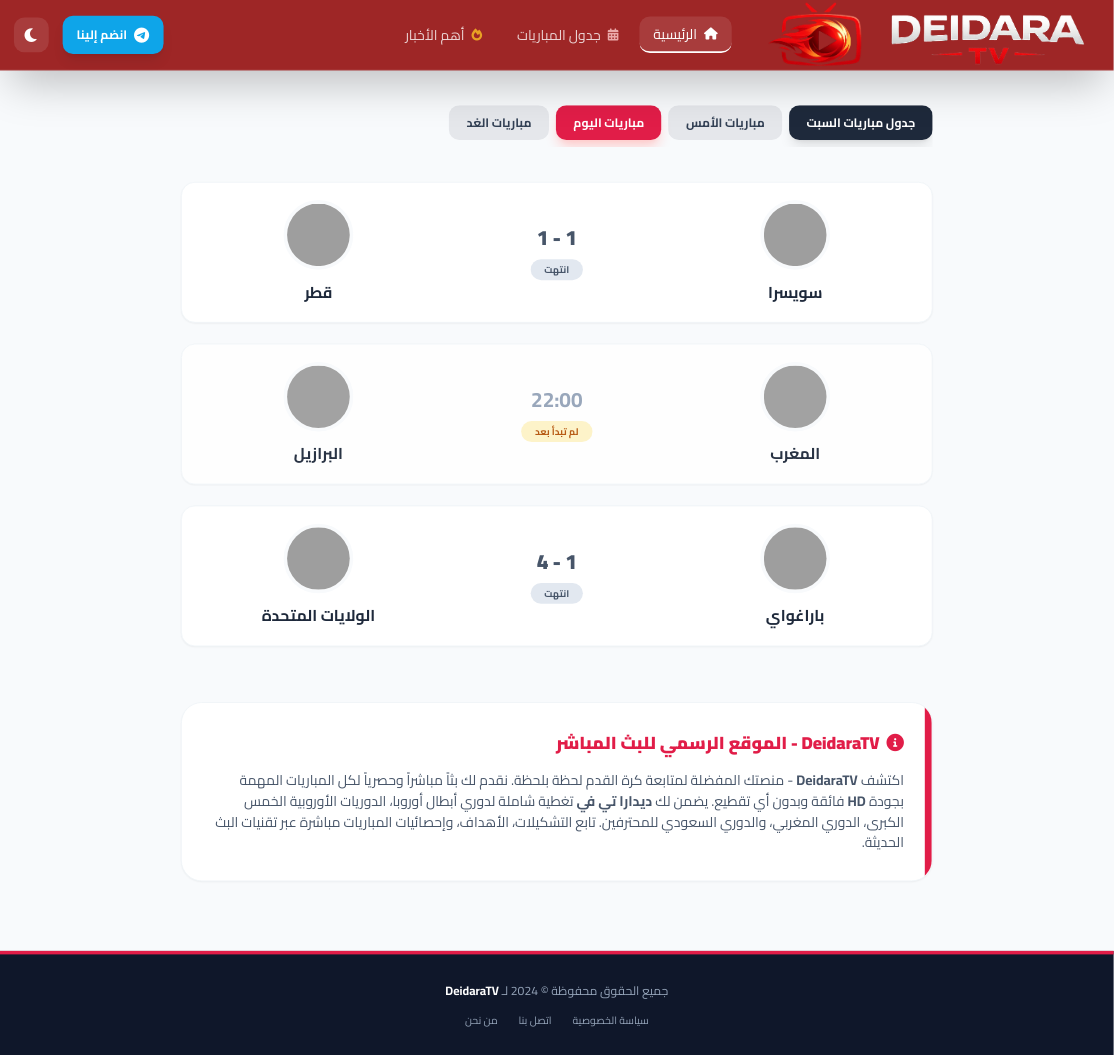
Repository: zakariax05/deidaraTV
Page: index.html
These files come from the project's save history. The page is drawn as it stood at one moment and after the next save; the edit follows.
The browser window is 1280 px wide. The pictures show the whole page, at 87% of full size.
Pictures or frames that could not be fetched are drawn as grey boxes. Some web libraries are served in a nearby version.

Above is the page before, as saved 2026-06-14 03:03:32.

After the next save:
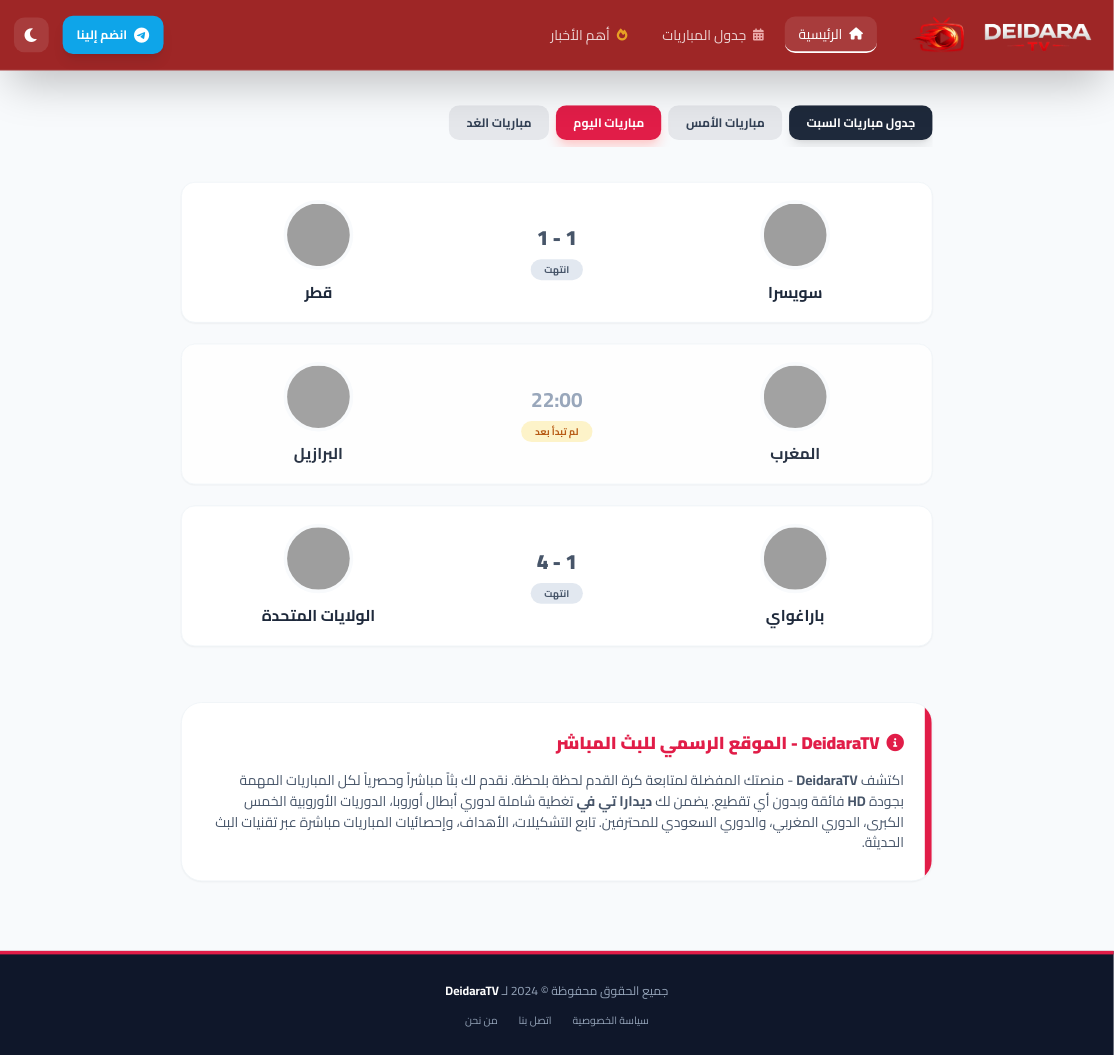
Saved 20 s later.
--- a/index.html
+++ b/index.html
@@ -52,9 +52,9 @@
           <div onclick="window.location.reload()"
             class="flex items-center gap-3 cursor-pointer group select-none transition-transform active:scale-95">
             <img src="imgs/caption logo.png" alt="DeidaraTV Logo Badge"
-              class="h-8 md:h-20 w-auto object-contain transition-all">
+              class="h-8 md:h-11 w-auto object-contain transition-all">
             <img src="imgs/icon.png" alt="DeidaraTV Logo Badge"
-              class="h-8 md:h-20 w-auto object-contain transition-all">
+              class="h-8 md:h-11 w-auto object-contain transition-all">
 
           </div>
 
